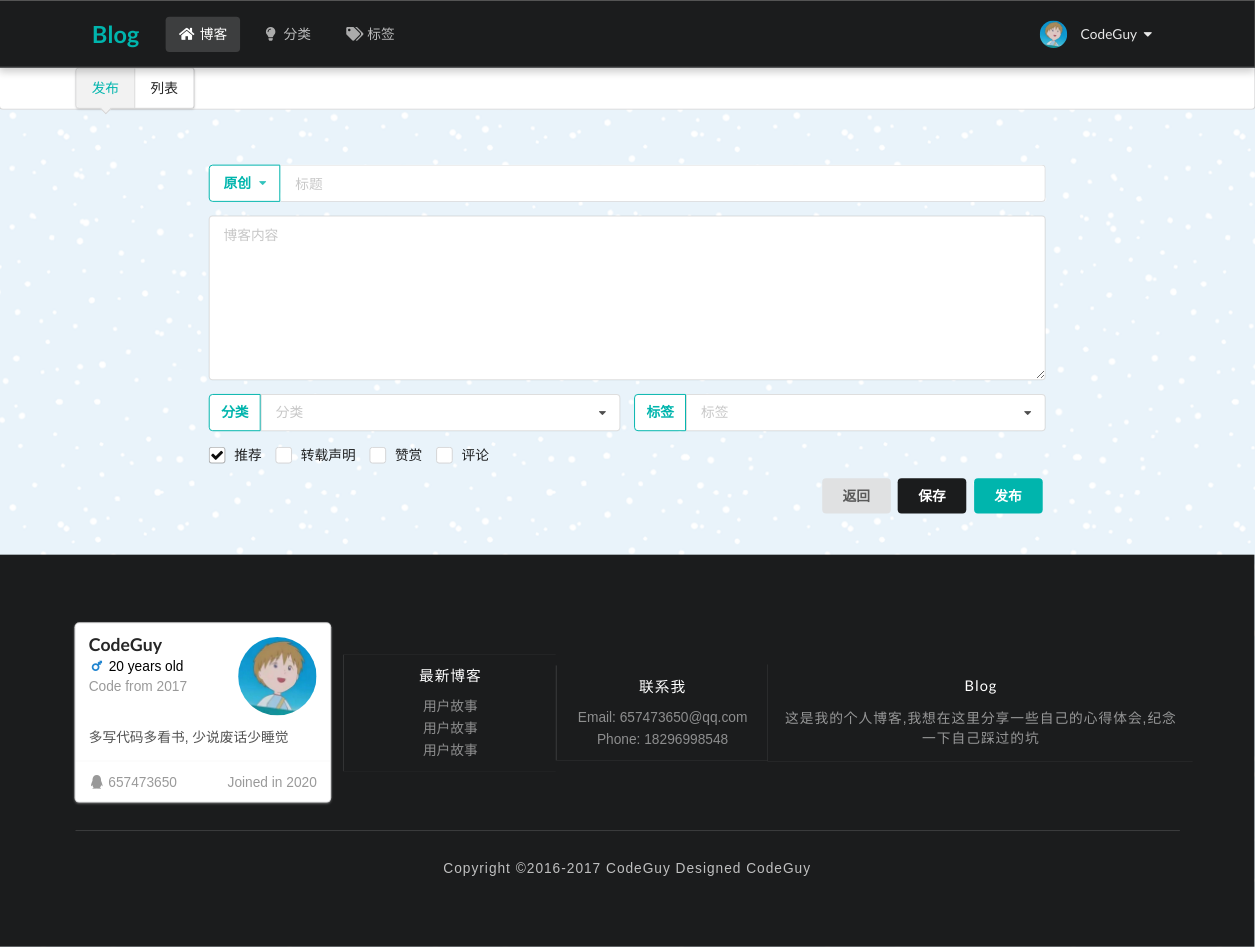
Repository: GOGOHQ/myblog
Page: admin/blog_input.html
An editor plug-in stored every save of this project. The page is shown before and after a run of saves, followed by the edit.
The browser window is 1280 px wide. The page is 1281 px wide, so the pictures cover 1281 px, including what lies to the right of the window. The pictures show the whole page, at 98% of full size.
Some web libraries are served in a nearby version.

Above is the page before, as saved 2020-01-19 09:31:38.

After the next 2 saves:
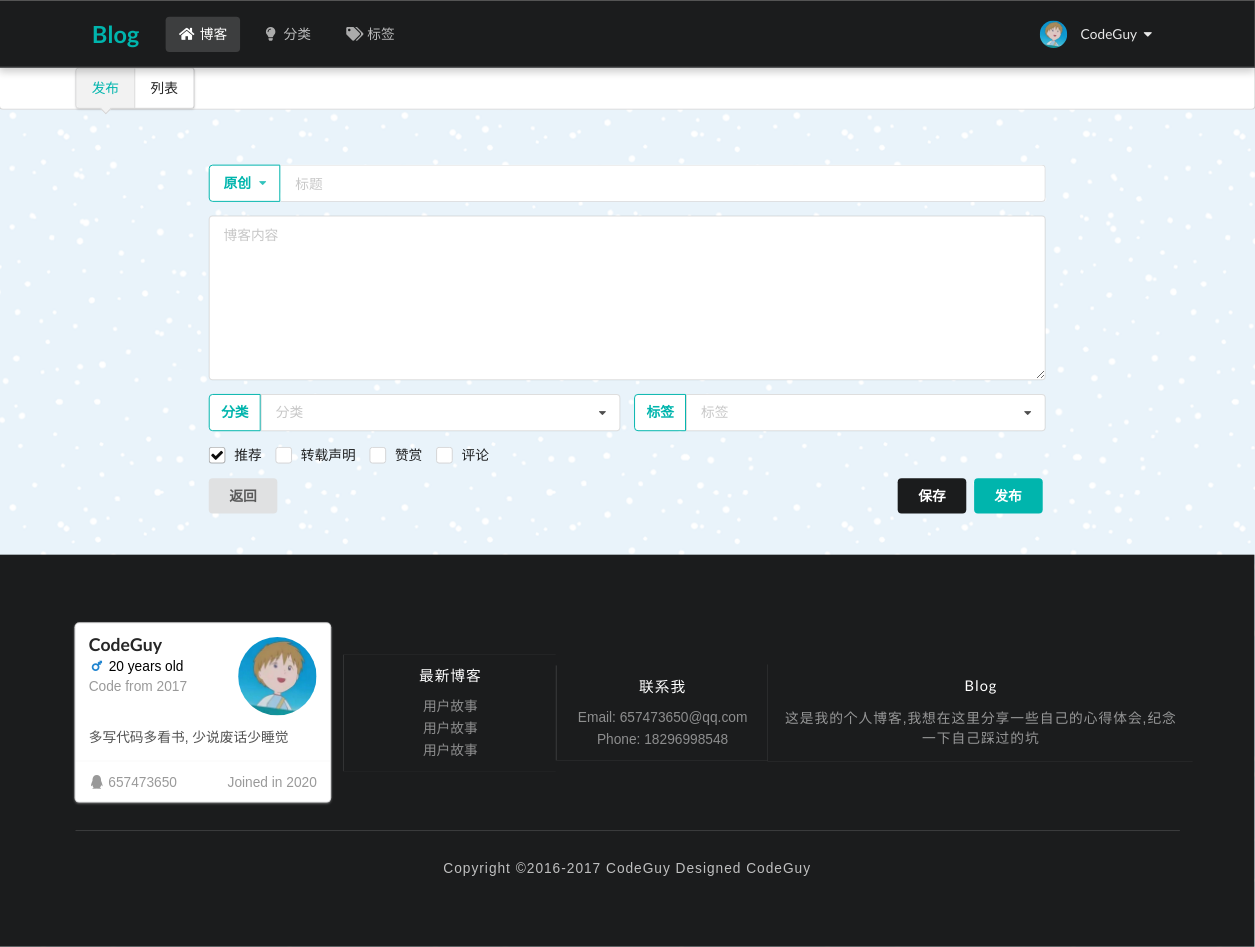
The 2 saves are shown as one change because they came seconds apart.
The last was saved 19 s later.
--- a/admin/blog_input.html
+++ b/admin/blog_input.html
@@ -125,7 +125,7 @@
                 </div>
             </div>
             <div class="ui right aligned container">
-                <button class="ui button" type="button" onclick="window.history.go(-1)">返回</button>
+                <button class="left floated ui button" type="button" onclick="window.history.go(-1)">返回</button>
                 <button class="ui secondary button">保存</button>
                 <button class="ui teal button">发布</button>
             </div>

After the 2 saves that followed:
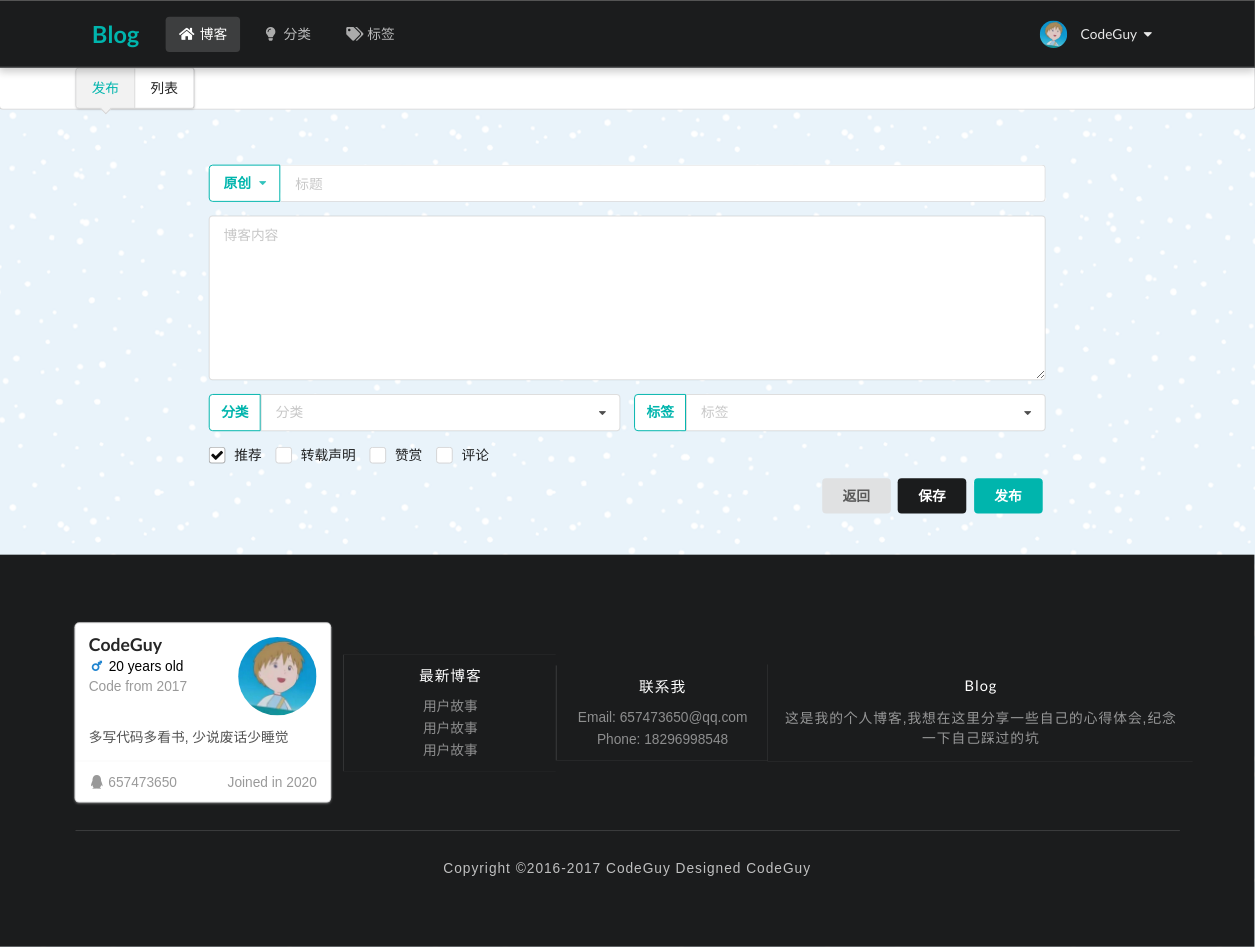
The 2 saves are shown as one change because 1 left the picture as it was.
The last was saved 16 s later.
--- a/admin/blog_input.html
+++ b/admin/blog_input.html
@@ -125,7 +125,7 @@
                 </div>
             </div>
             <div class="ui right aligned container">
-                <button class="left floated ui button" type="button" onclick="window.history.go(-1)">返回</button>
+                <button class="ui left white floated button" type="button" onclick="window.history.go(-1)">返回</button>
                 <button class="ui secondary button">保存</button>
                 <button class="ui teal button">发布</button>
             </div>
